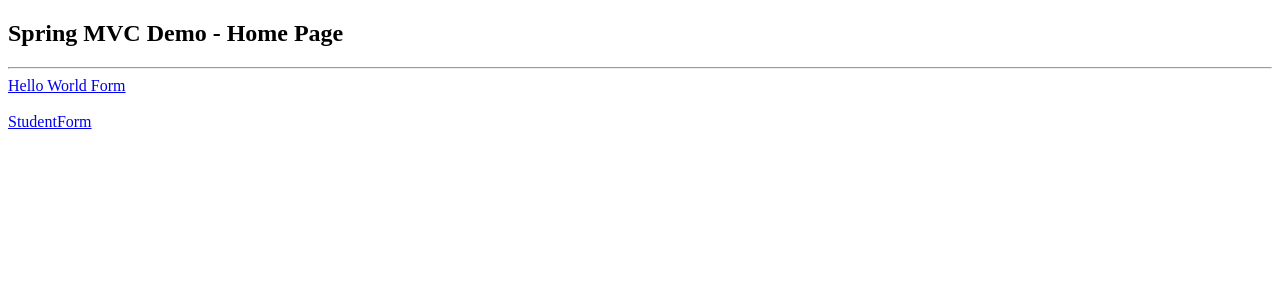
Repository: vehaan/Spring-and-Hibernate
Page: http://localhost/spring-mvc-demo/
An editor plug-in stored every save of this project. The page is shown before and after the next save, followed by the edit.
The browser window is 1280 px wide. The pictures show the whole page.
The page is served by Tomcat 9. Other server files are loaded and not shown.

Above is the page before, as saved 2021-05-24 06:31:05.

### spring-mvc-demo/WebContent/WEB-INF/view/main-menu.jsp
<!DOCTYPE html>
<html>
<body>
<h2>Spring MVC Demo - Home Page</h2>
<hr>

<a href="showForm">Hello World Form</a>

<br><br>

<a href="student/showForm">StudentForm</a>
</body>
</html>

After the next save:
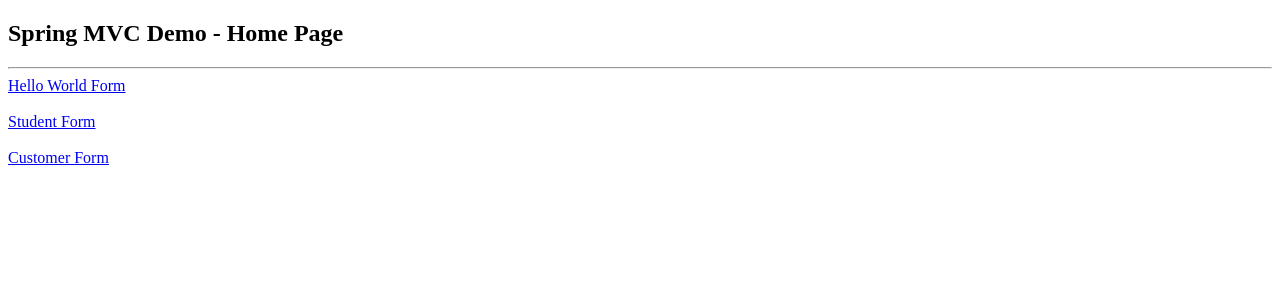
Saved 43 s later.
--- a/spring-mvc-demo/WebContent/WEB-INF/view/main-menu.jsp
+++ b/spring-mvc-demo/WebContent/WEB-INF/view/main-menu.jsp
@@ -8,6 +8,10 @@
 
 <br><br>
 
-<a href="student/showForm">StudentForm</a>
+<a href="student/showForm">Student Form</a>
+
+<br><br>
+
+<a href="customer/showForm">Customer Form</a>
 </body>
 </html>
